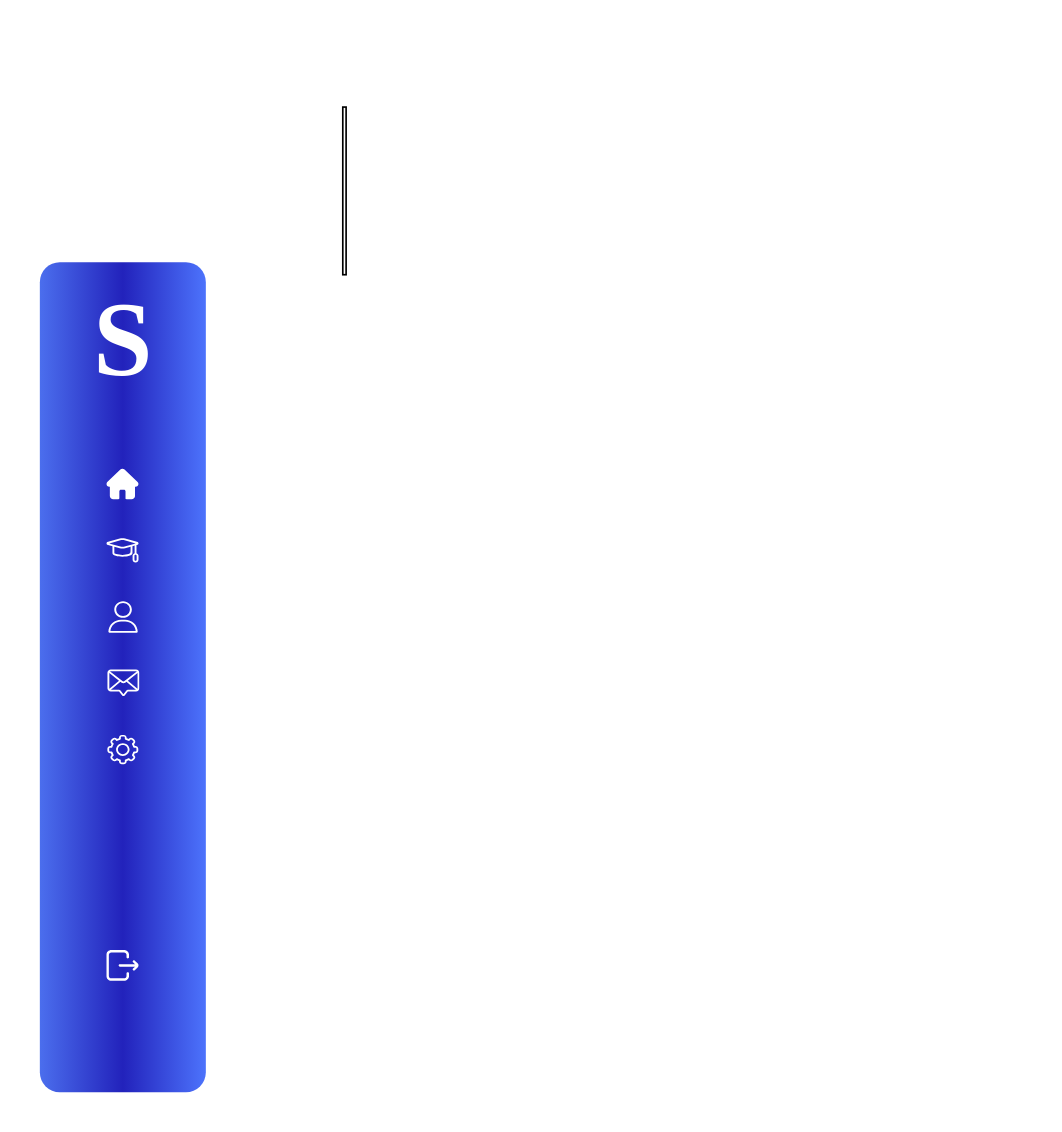
Repository: rafalzacher1/smartify-interface
Page: home.html
The author's editor kept a copy of each file at every save. The page is drawn from the files as they stood at one save, then again after a run of saves.
The browser window is 1280 px wide. The pictures show the whole page, at 83% of full size.
Some web fonts or font styles are not loaded; a fallback is used.

Above is the page before, as saved 2022-06-30 03:01:13.

After the next 2 saves:
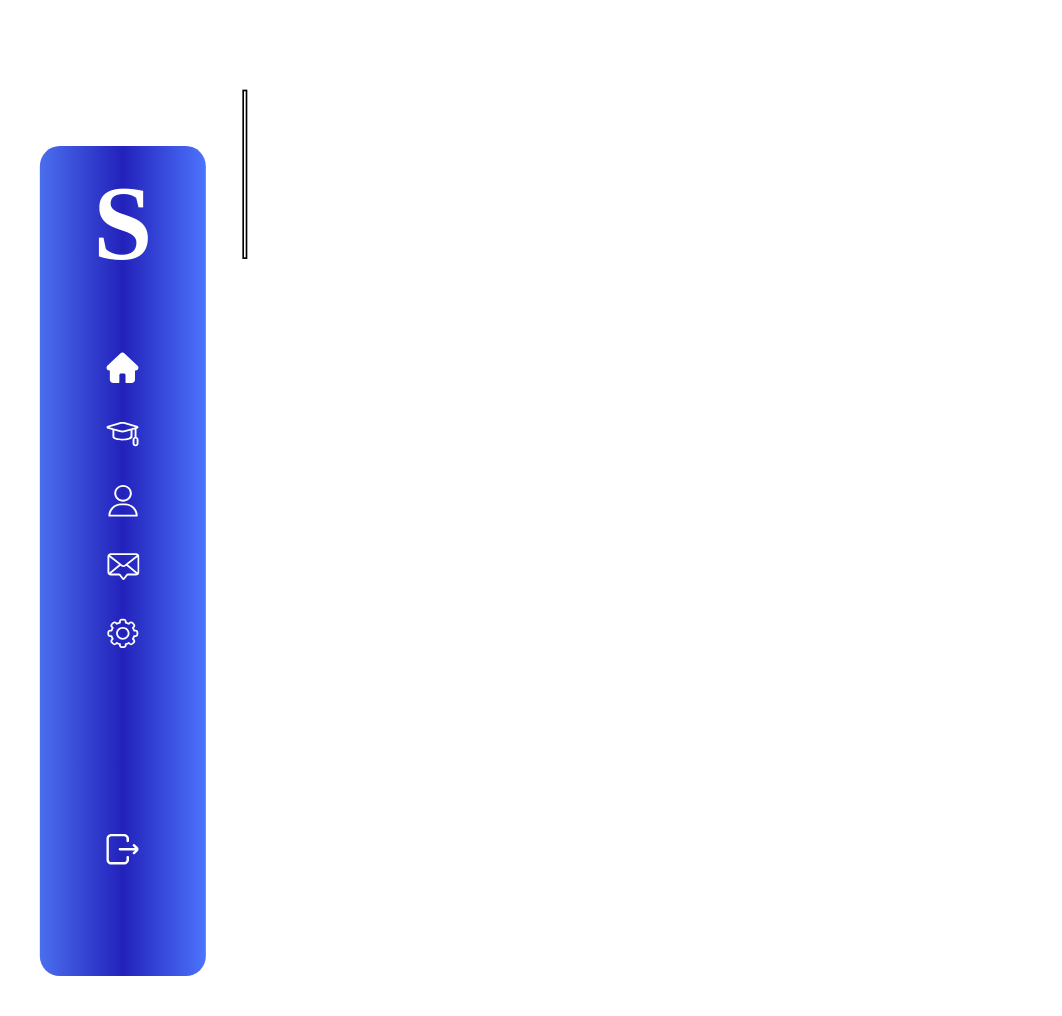
The 2 saves are shown as one change because they came seconds apart.
The last was saved 9 s later.
--- a/styles/user-header.css
+++ b/styles/user-header.css
@@ -1,6 +1,5 @@
 #user-header-container {
-    margin: 40px;
-    padding: 80px;
+    margin-top: 100px;
     display: inline-block;
 }
 
